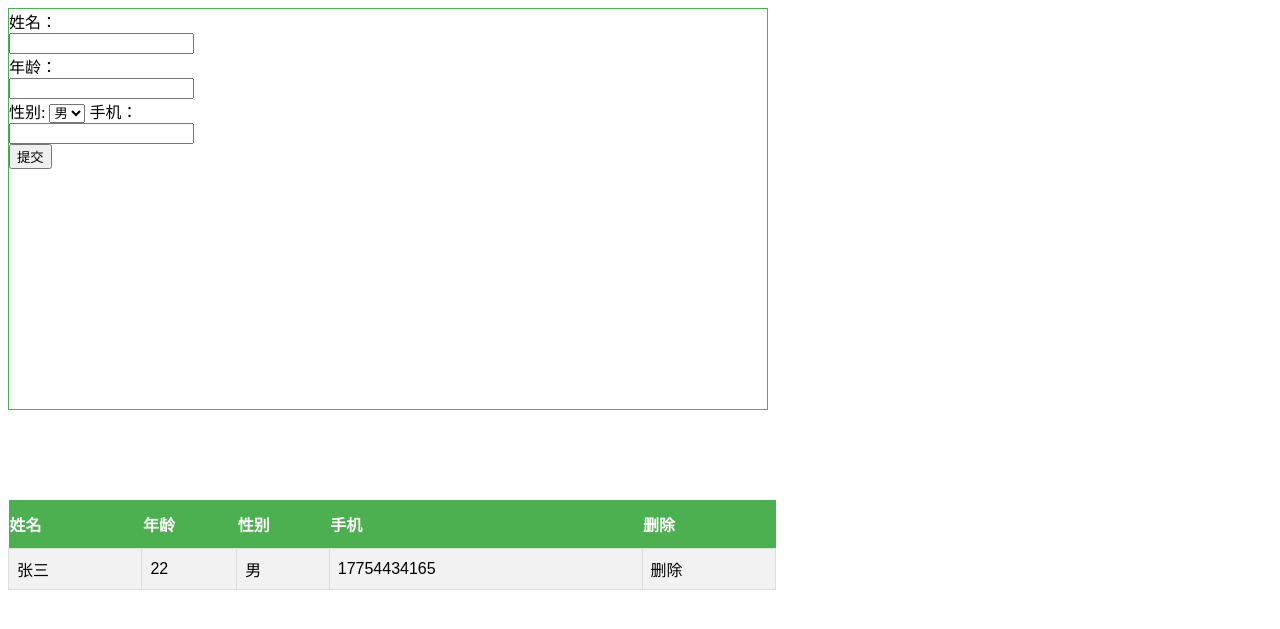
Repository: 1404413577/jsdemo
Page: small-demo/录入信息.html
The author's editor kept a copy of each file at every save. The page is drawn from the files as they stood at one save, then again after the next save.
The browser window is 1280 px wide. The pictures show the whole page.

Above is the page before, as saved 2022-11-20 15:36:54.

### small-demo/录入信息.html
<!DOCTYPE html>
<html lang="en">

<head>
    <meta charset="UTF-8">
    <meta http-equiv="X-UA-Compatible" content="IE=edge">
    <meta name="viewport" content="width=device-width, initial-scale=1.0">
    <title>Document</title>
    <style>
        .customers {
            font-family: Arial, Helvetica, sans-serif;
            border-collapse: collapse;
            width: 60%;
            position: absolute;
            top:500px
        }

        .customers td,
        #customers th {
            border: 1px solid #ddd;
            padding: 8px;
        }

        .customers tr:nth-child(even) {
            background-color: #f2f2f2;
        }

        .customers tr:hover {
            background-color: #ddd;
        }

        .customers th {
            padding-top: 12px;
            padding-bottom: 12px;
            text-align: left;
            background-color: #4CAF50;
            color: white;
        }
        .main{
            width: 60%;
            height: 400px;
            border: 1px solid #4CAF50;
        }
        .main input{
            display: block;
        }
    </style>
</head>

<body>
    <div class="main">
        姓名：<input type="text" class="name">
        年龄：<input type="text" class="age">
        性别: <select name="gender" id="gender">
            <option value="男">男</option>
            <option value="女">女</option>
        </select>
        手机： <input type="text" class="phone">
        <button type="submit">提交</button>
    </div>

    <table class="customers">
        <tr>
            <th>姓名</th>
            <th>年龄</th>
            <th>性别</th>
            <th>手机</th>
            <th>删除</th>
        </tr>
        <tr>
            <td>张三</td>
            <td>22</td>
            <td>男</td>
            <td>17754434165</td>
            <td>删除</td>
        </tr>
    </table>
</body>
<script>

</script>
</html>

After the next save:
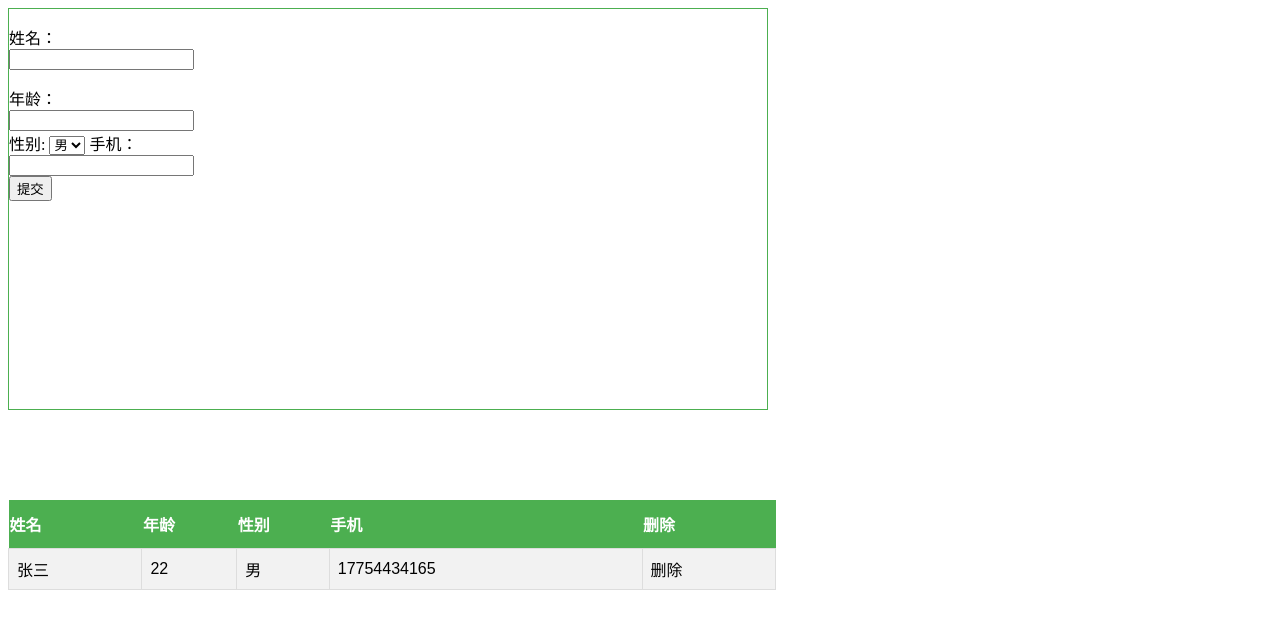
Saved 43 s later.
--- a/small-demo/录入信息.html
+++ b/small-demo/录入信息.html
@@ -49,7 +49,10 @@
 
 <body>
     <div class="main">
-        姓名：<input type="text" class="name">
+        <p><span>姓名：</span>
+            <input type="text" class="name">
+        </p>
+
         年龄：<input type="text" class="age">
         性别: <select name="gender" id="gender">
             <option value="男">男</option>
